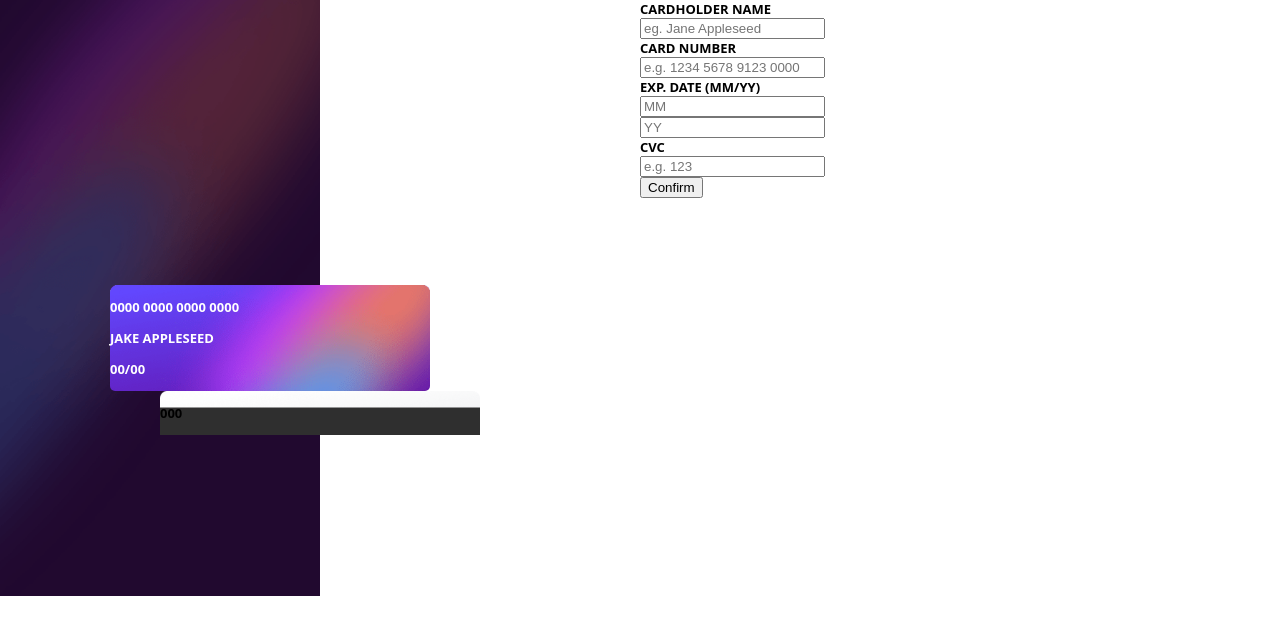
Repository: Celebration-cloud/my-project
Page: interactive-card-details-form-main/index.html
These files come from the project's save history. The page is drawn as it stood at one moment and after a run of saves; the edit follows.
The browser window is 1280 px wide. The pictures show the whole page.

Above is the page before, as saved 2023-08-22 18:48:43.

### interactive-card-details-form-main/index.html
<!DOCTYPE html>
<html lang="en">
<head>
  <meta charset="UTF-8">
  <meta name="viewport" content="width=device-width, initial-scale=1.0"> <!-- displays site properly based on user's device -->

  <link rel="icon" type="image/png" sizes="32x32" href="./images/favicon-32x32.png">
  <link rel="stylesheet" href="index.css">

  <title>Frontend Mentor | Interactive card details form</title>

  <!-- Feel free to remove these styles or customise in your own stylesheet 👍 -->
  <style>
    .attribution { font-size: 11px; text-align: center; }
    .attribution a { color: hsl(228, 45%, 44%); }
  </style>
</head>
<body>
  <div class="container">
    <section id="section-a" class="section-a">
      <div id="card">
        <div id="profile"></div><span id="detail"></span>
        <p id="card-number">0000 0000 0000 0000</p>
        <p id="card-name">JAKE APPLESEED</p>
        <p id="exp-date">00/00</p>
      </div>
      <div id="card-back">
        <p>000</p>
      </div>

    </section>
    <!-- Add your site or application content here -->
    <!-- Card Details Form Section-->
    <section id="section-b" class="section-b">
      <form action="">
        <label for="name" id="cardholder-numeber-label">CARDHOLDER NAME</label><br/>
        <input name="name" id="cardholder-numeber-input" aria-required="false" placeholder="eg. Jane Appleseed" required/><br/>
        <label for="card-number" id="card-number-label">CARD NUMBER</label><br/>
        <input name="card-number" id="card-number-input" type="tel" aria-required="false" placeholder="e.g. 1234 5678 9123 0000" required/><br/>
        <label for="expire-date" id="expire-date-label">EXP. DATE (MM/YY)</label><br/>
        <input name="expire-date" id="expire-date" type="tel" aria-required="false" placeholder="MM" required/><br/>
        <input name="expire-date" id="expire-date2" type="tel" aria-required="false" placeholder="YY" required/><br/>
        <label for="cvc" id="cvc-label">CVC</label><br/>
        <input name="cvc" aria-required="false" id="cvc" type="tel" placeholder="e.g. 123" required/><br/>
        <button type="submit">Confirm</button>
      </form>

    </section>
  </div>

  <!-- 0000 0000 0000 0000
  00/00

  000

  Cardholder Name
  e.g. Jane Appleseed

  Card Number
  e.g. 1234 5678 9123 0000

  Exp. Date (MM/YY)
  MM
  YY

  CVC
  e.g. 123

  Confirm -->

  <!-- Completed state start -->

  <!-- Thank you!
  We've added your card details
  Continue -->

  <!-- <div class="attribution">
    Challenge by <a href="https://www.frontendmentor.io?ref=challenge" target="_blank">Frontend Mentor</a>.
    Coded by <a href="#">Your Name Here</a>.
  </div> -->
</body>
</html>

### interactive-card-details-form-main/index.css
body{
    font-family: system-ui, -apple-system, BlinkMacSystemFont, 'Segoe UI', Roboto, Oxygen, Ubuntu, Cantarell, 'Open Sans', 'Helvetica Neue', sans-serif;
    font-weight: bolder;
    font-size: small;
    margin: 0;
    padding: 0;
}
.container{
    display: flex;
}
#section-a{
    background-image: url(images/bg-main-desktop.png);
    background-size: 50%;
    background-repeat: no-repeat;
    width: 50%;
    height: 100vh;
    display: flex;
    flex-direction: column;
    justify-content: center;
}
#card{
    color: white;
    background-image: url(images/bg-card-front.png);
    width: 50%;
    background-size: cover;
    border-radius: 5px;
    align-self: center;
    margin-right: 100px;
}
#card-back{
    background-image: url(images/bg-card-back.png);
    background-size: cover;
    width: 50%;

    align-self: center;
}

After the next 2 saves:
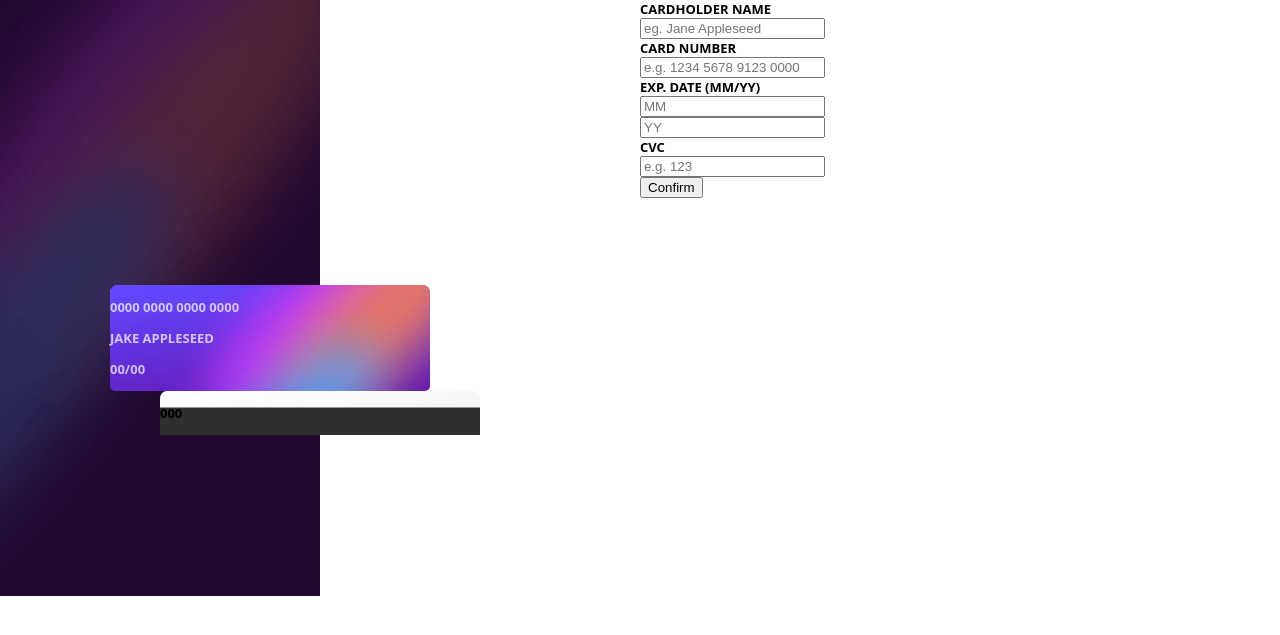
The 2 saves are shown as one change because they came seconds apart.
The last was saved 9 s later.
--- a/interactive-card-details-form-main/index.css
+++ b/interactive-card-details-form-main/index.css
@@ -19,7 +19,7 @@ body{
     justify-content: center;
 }
 #card{
-    color: white;
+    color: rgba(255, 255, 255, 0.705);
     background-image: url(images/bg-card-front.png);
     width: 50%;
     background-size: cover;
